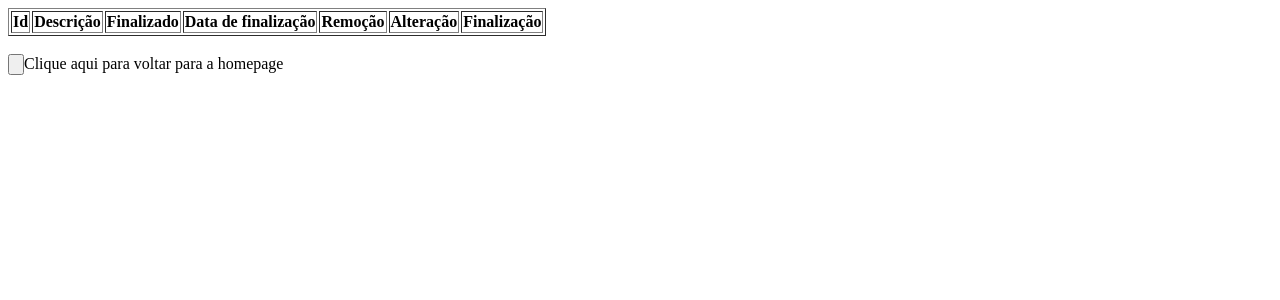
Repository: engcarlosrosa/ChatInsper
Page: http://localhost/handout15/WEB-INF/views/lista.jsp
These files come from the project's save history. The page is drawn as it stood at one moment and after the next save; the edit follows.
The browser window is 1280 px wide. The pictures show the whole page.
The page is served by Tomcat 9. Nobody is signed in. Other server files are loaded and not shown. The template is opened directly, without the code that normally fills it, so the values that code supplies are empty.

Above is the page before, as saved 2016-10-24 23:40:01.

### handout15/WebContent/WEB-INF/views/lista.jsp
<%@ page language="java" contentType="text/html; charset=UTF-8" pageEncoding="UTF-8"%>
<%@ taglib uri="http://java.sun.com/jsp/jstl/core" prefix="c" %>
<%@ taglib uri="http://java.sun.com/jsp/jstl/fmt" prefix="fmt" %>
<html>
<body>
   <table border="1">
      <tr>
         <th>Id</th>
         <th>Descrição</th>
         <th>Finalizado</th>
         <th>Data de finalização</th>
         <th>Remoção</th>
         <th>Alteração</th>
         <th>Finalização</th>
      </tr>
      <c:forEach items="${tarefas}" var="tarefa">
         <tr>

            <td>${tarefa.id}</td>

            <td>${tarefa.descricao}</td>

            <c:if test="${tarefa.finalizado eq false}">
               <td>Não finalizada</td>
            </c:if>
            <c:if test="${tarefa.finalizado eq true}">
               <td>Finalizado</td>
            </c:if>

            <td>
               <fmt:formatDate value="${tarefa.dataFinalizacao.time}" pattern="dd/MM/yyyy"/>
            </td>
   			<td><a href="removeTarefa?id=${tarefa.id}">Remover</a></td>
   			<td><a href="mostraTarefa?id=${tarefa.id}">Alterar</a></td>
   			<td><a href="mostrafinalizaTarefa?id=${tarefa.id}">Finalizar</a></td>
         </tr>
      </c:forEach>
   </table>
   <br>
   <input type="button" action="homepage">Clique aqui para voltar para a homepage</input><br>
</body>
</html>

After the next save:
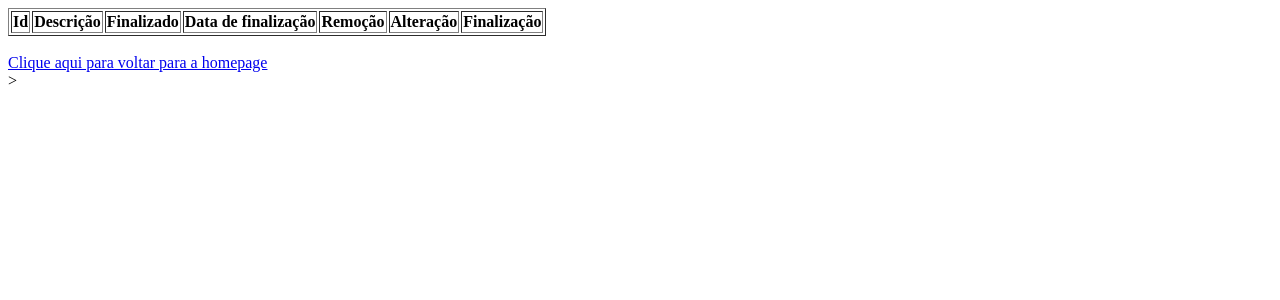
Saved 14 s later.
--- a/handout15/WebContent/WEB-INF/views/lista.jsp
+++ b/handout15/WebContent/WEB-INF/views/lista.jsp
@@ -37,6 +37,6 @@
       </c:forEach>
    </table>
    <br>
-   <input type="button" action="homepage">Clique aqui para voltar para a homepage</input><br>
+   <a href="homepage">Clique aqui para voltar para a homepage</a><br>
 </body>
-</html>
+</html>>
